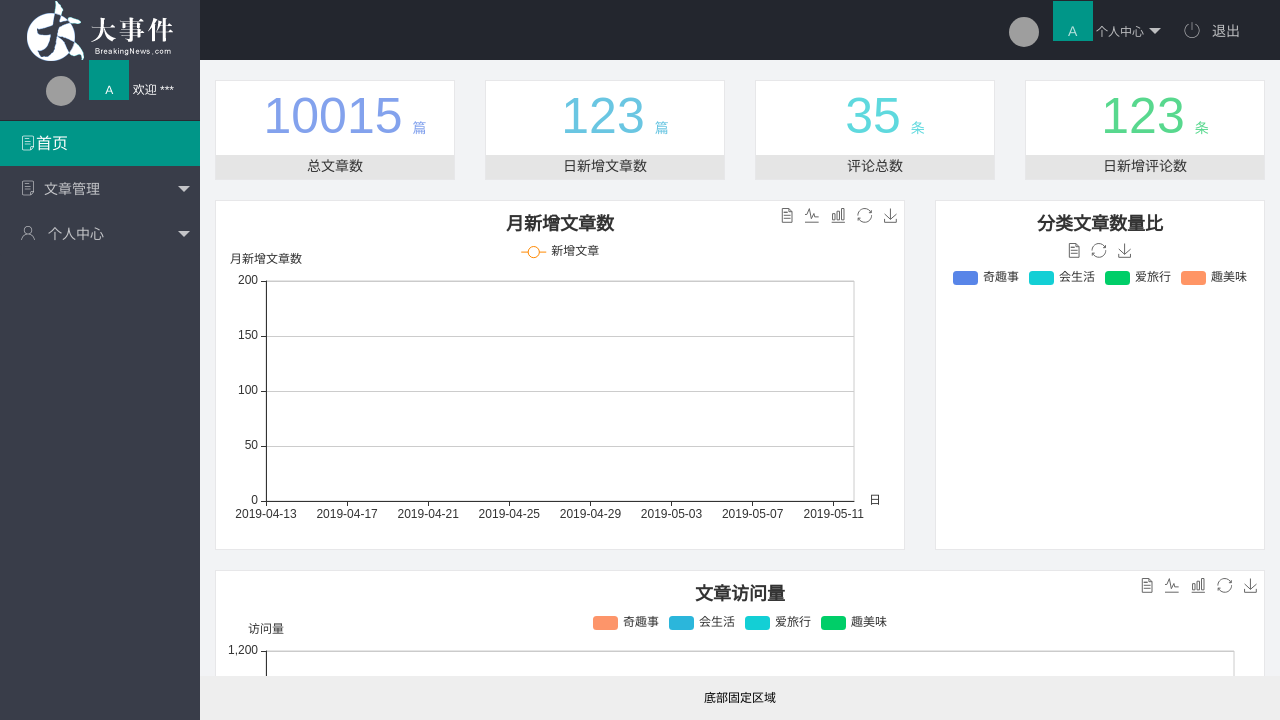
Repository: hjg520/web_bigevent
Page: index.html
These files come from the project's save history. The page is drawn as it stood at one moment and after the next save; the edit follows.
The browser window is 1280 px wide. The pictures show the whole page.
Pictures or frames that could not be fetched are drawn as grey boxes.

Above is the page before, as saved 2022-05-09 19:52:44.

### index.html
<!DOCTYPE html>
<html lang="en">
<head>
    <meta charset="UTF-8">
    <meta http-equiv="X-UA-Compatible" content="IE=edge">
    <meta name="viewport" content="width=device-width, initial-scale=1.0">
    <title>后台主页</title>
    <!-- 导入 layui的样式表 -->
    <link rel="stylesheet" href="/assets/lib/layui/css/layui.css">
    <!-- 导入自己的样式表 -->
    <link rel="stylesheet" href="/assets/css/index.css" />
    <!-- 导入第三方图标库 -->
    <link rel="stylesheet" href="/assets/fonts/iconfont.css">
  </head>
<body>
    <div class="layui-layout layui-layout-admin">
      <div class="layui-header">
        <div class="layui-logo layui-hide-xs layui-bg-black">
          <img src="/assets/images/logo.png" alt=" /">
        </div>
        <!-- 头部区域（可配合layui 已有的水平导航） -->
        <ul class="layui-nav layui-layout-left">
          <!-- 移动端显示 -->
          <li class="layui-nav-item layui-show-xs-inline-block layui-hide-sm" lay-header-event="menuLeft">
            <i class="layui-icon layui-icon-spread-left"></i>
          </li>

            <dl class="layui-nav-child">
              <dd><a href="">menu 11</a></dd>
              <dd><a href="">menu 22</a></dd>
              <dd><a href="">menu 33</a></dd>
            </dl>
          </li>
        </ul>
        <ul class="layui-nav layui-layout-right">
          <li class="layui-nav-item layui-hide layui-show-md-inline-block">
            <a href="javascript:;" class="userinfo">
              <img src="//tva1.sinaimg.cn/crop.0.0.118.118.180/5db11ff4gw1e77d3nqrv8j203b03cweg.jpg" class="layui-nav-img">
              <span class="text-avatar">A</span>
              个人中心
            </a>
            <dl class="layui-nav-child">
              <dd><a href="">基本资料</a></dd>
              <dd><a href="">更换头像</a></dd>
              <dd><a href="">重置密码</a></dd>
            </dl>
          </li>
          <li class="layui-nav-item" lay-header-event="menuRight" lay-unselect>
            <a href="javascript:;">
              <span class="iconfont icon-tuichu"></span>
              退出
            </a>
          </li>
        </ul>
      </div>

      <div class="layui-side layui-bg-black">
        <div class="layui-side-scroll">
          <div class="userinfo">
            <img src="//tva1.sinaimg.cn/crop.0.0.118.118.180/5db11ff4gw1e77d3nqrv8j203b03cweg.jpg" class="layui-nav-img">
            <span class="text-avatar">A</span>
            <span id="welcome">欢迎 ***</span>
          </div>
          <!-- 左侧导航区域（可配合layui已有的垂直导航） -->
          <ul class="layui-nav layui-nav-tree" lay-shrink="all">
            <li class="layui-nav-item layui-this"><a href="/home/dashboard.html"  target="fm"><span class="iconfont icon-16">首页</span></a></li>
            <li class="layui-nav-item">
              <a class="" href="javascript:;"><span class="iconfont icon-16"></span>文章管理</a>
              <dl class="layui-nav-child">
                <dd><a href="javascript:;"><i class="layui-icon layui-icon-app"></i> 文章类别</a></dd>
                <dd><a href="javascript:;"><i class="layui-icon layui-icon-app"></i> 文章列表</a></dd>
                <dd><a href="javascript:;"><i class="layui-icon layui-icon-app"></i> 发表文章</a></dd>
              </dl>
            </li>
            <li class="layui-nav-item">
              <a href="javascript:;">
                <span class="iconfont icon-user"></span>
                个人中心
              </a>
              <dl class="layui-nav-child">
                <dd><a href="javascript:;"><i class="layui-icon layui-icon-app"></i>基本资料</a></dd>
                <dd><a href="javascript:;"><i class="layui-icon layui-icon-app"></i>更换头像</a></dd>
                <dd><a href="javascript:;"><i class="layui-icon layui-icon-app"></i>重置密码</a></dd>
              </dl>
            </li>
        </div>
      </div>

      <div class="layui-body">
        <!-- 内容主体区域 -->
        <iframe src="/home/dashboard.html" name="fm" frameborder="0"></iframe>
      </div>

      <div class="layui-footer">
        <!-- 底部固定区域 -->
        底部固定区域
      </div>
    </div>
    <!-- 导入Layui 的JS文件 -->
    <script src="/assets/lib/layui/layui.all.js"></script>
    </body>
</html>

### assets/css/index.css
.layui-footer {

    text-align: center;

    font-size: 12px;

}

.iconfont {

    margin-right: 8px;

}

.layui-icon {

    margin-right: 8px;

    margin-left: 20px;

}

iframe {

    width: 100%;

    height: 100%;

}

.layui-body {

    overflow: hidden;

}

a {

    transition: none !important;

}

.userinfo {

    height: 60px;

    line-height: 60px;

    text-align: center;

    font-size: 12px;

    user-select: none;

}

.layui-side-scroll .userinfo {

    border-bottom: 1px solid #282b33;

}

.text-avatar {

    display: inline-block;

    width: 40px;

    height: 40px;

    background-color: #009688;

    border-radius: ;
}

### home/dashboard.html
<!DOCTYPE html>
<html lang="en">

<head>
  <meta charset="UTF-8">
  <meta name="viewport" content="width=device-width, initial-scale=1.0">
  <meta http-equiv="X-UA-Compatible" content="ie=edge">
  <title>图表统计</title>
  <link rel="stylesheet" href="../../assets/lib/bootstrap.css" />
  <link rel="stylesheet" href="../../assets/lib/main.css" />
  <script src="../../assets/lib/jquery.js"></script>
  <script type="text/javascript" src="../../assets/lib/echarts.min.js"></script>
</head>

<body>
  <div class="container-fluid">
    <div class="row spannel_list">
      <div class="col-sm-3 col-xs-6">
        <div class="spannel">
          <em>10015</em><span>篇</span>
          <b>总文章数</b>
        </div>
      </div>
      <div class="col-sm-3 col-xs-6">
        <div class="spannel scolor01">
          <em>123</em><span>篇</span>
          <b>日新增文章数</b>
        </div>
      </div>
      <div class="col-sm-3 col-xs-6">
        <div class="spannel scolor02">
          <em>35</em><span>条</span>
          <b>评论总数</b>
        </div>
      </div>
      <div class="col-sm-3 col-xs-6">
        <div class="spannel scolor03">
          <em>123</em><span>条</span>
          <b>日新增评论数</b>
        </div>
      </div>
    </div>
  </div>

  <div class="container-fluid">
    <div class="row curve-pie">
      <div class="col-lg-8 col-md-8">
        <div class="gragh_pannel" id="curve_show"></div>
      </div>
      <div class="col-lg-4 col-md-4">
        <div class="gragh_pannel" id="pie_show"></div>
      </div>
    </div>
  </div>

  <div class="container-fluid">
    <div class="column_pannel" id="column_show"></div>
  </div>

  <script>
    var oChart = echarts.init(document.getElementById('curve_show'));
    var aList_all = [
      { 'count': 36, 'date': '2019-04-13' },
      { 'count': 52, 'date': '2019-04-14' },
      { 'count': 78, 'date': '2019-04-15' },
      { 'count': 85, 'date': '2019-04-16' },
      { 'count': 65, 'date': '2019-04-17' },
      { 'count': 72, 'date': '2019-04-18' },
      { 'count': 88, 'date': '2019-04-19' },
      { 'count': 64, 'date': '2019-04-20' },
      { 'count': 72, 'date': '2019-04-21' },
      { 'count': 90, 'date': '2019-04-22' },
      { 'count': 96, 'date': '2019-04-23' },
      { 'count': 100, 'date': '2019-04-24' },
      { 'count': 102, 'date': '2019-04-25' },
      { 'count': 110, 'date': '2019-04-26' },
      { 'count': 123, 'date': '2019-04-27' },
      { 'count': 100, 'date': '2019-04-28' },
      { 'count': 132, 'date': '2019-04-29' },
      { 'count': 146, 'date': '2019-04-30' },
      { 'count': 200, 'date': '2019-05-01' },
      { 'count': 180, 'date': '2019-05-02' },
      { 'count': 163, 'date': '2019-05-03' },
      { 'count': 110, 'date': '2019-05-04' },
      { 'count': 80, 'date': '2019-05-05' },
      { 'count': 82, 'date': '2019-05-06' },
      { 'count': 70, 'date': '2019-05-07' },
      { 'count': 65, 'date': '2019-05-08' },
      { 'count': 54, 'date': '2019-05-09' },
      { 'count': 40, 'date': '2019-05-10' },
      { 'count': 45, 'date': '2019-05-11' },
      { 'count': 38, 'date': '2019-05-12' },
    ];

    let aCount = [];
    let aDate = [];

    for (var i = 0; i < aList_all.length; i++) {
      aCount.push(aList_all[i].count);
      aDate.push(aList_all[i].date);
    }

    var chartopt = {
      title: {
        text: '月新增文章数',
        left: 'center',
        top: '10'
      },
      tooltip: {
        trigger: 'axis'
      },
      legend: {
        data: ['新增文章'],
        top: '40'
      },
      toolbox: {
        show: true,
        feature: {
          mark: { show: true },
          dataView: { show: true, readOnly: false },
          magicType: { show: true, type: ['line', 'bar'] },
          restore: { show: true },
          saveAsImage: { show: true }
        }
      },
      calculable: true,
      xAxis: [
        {
          name: '日',
          type: 'category',
          boundaryGap: false,
          data: aDate
        }
      ],
      yAxis: [
        {
          name: '月新增文章数',
          type: 'value'
        }
      ],
      series: [
        {
          name: '新增文章',
          type: 'line',
          smooth: true,
          itemStyle: { normal: { areaStyle: { type: 'default' }, color: '#f80' }, lineStyle: { color: '#f80' } },
          data: aCount
        }],
      areaStyle: {
        normal: {
          color: new echarts.graphic.LinearGradient(0, 0, 0, 1, [{
            offset: 0,
            color: 'rgba(255,136,0,0.39)'
          }, {
            offset: .34,
            color: 'rgba(255,180,0,0.25)'
          }, {
            offset: 1,
            color: 'rgba(255,222,0,0.00)'
          }])

        }
      },
      grid: {
        show: true,
        x: 50,
        x2: 50,
        y: 80,
        height: 220
      }
    };

    oChart.setOption(chartopt);


    var oPie = echarts.init(document.getElementById('pie_show'));
    var oPieopt =
    {
      title: {
        top: 10,
        text: '分类文章数量比',
        x: 'center'
      },
      tooltip: {
        trigger: 'item',
        formatter: "{a} <br/>{b} : {c} ({d}%)"
      },
      color: ['#5885e8', '#13cfd5', '#00ce68', '#ff9565'],
      legend: {
        x: 'center',
        top: 65,
        data: ['奇趣事', '会生活', '爱旅行', '趣美味']
      },
      toolbox: {
        show: true,
        x: 'center',
        top: 35,
        feature: {
          mark: { show: true },
          dataView: { show: true, readOnly: false },
          magicType: {
            show: true,
            type: ['pie', 'funnel'],
            option: {
              funnel: {
                x: '25%',
                width: '50%',
                funnelAlign: 'left',
                max: 1548
              }
            }
          },
          restore: { show: true },
          saveAsImage: { show: true }
        }
      },
      calculable: true,
      series: [
        {
          name: '访问来源',
          type: 'pie',
          radius: ['45%', '60%'],
          center: ['50%', '65%'],
          data: [
            { value: 300, name: '奇趣事' },
            { value: 100, name: '会生活' },
            { value: 260, name: '爱旅行' },
            { value: 180, name: '趣美味' }
          ]
        }
      ]
    };
    oPie.setOption(oPieopt);



    var oColumn = this.echarts.init(document.getElementById('column_show'));
    var oColumnopt =
    {
      title: {
        text: '文章访问量',
        left: 'center',
        top: '10'
      },
      tooltip: {
        trigger: 'axis'
      },
      legend: {
        data: ['奇趣事', '会生活', '爱旅行', '趣美味'],
        top: '40'
      },
      toolbox: {
        show: true,
        feature: {
          mark: { show: true },
          dataView: { show: true, readOnly: false },
          magicType: { show: true, type: ['line', 'bar'] },
          restore: { show: true },
          saveAsImage: { show: true }
        }
      },
      calculable: true,
      xAxis: [
        {
          type: 'category',
          data: ['1月', '2月', '3月', '4月', '5月']
        }
      ],
      yAxis: [
        {
          name: '访问量',
          type: 'value'
        }
      ],
      series: [
        {
          name: '奇趣事',
          type: 'bar',
          barWidth: 20,
          itemStyle: {
            normal: { areaStyle: { type: 'default' }, color: '#fd956a' }
          },
          data: [800, 708, 920, 1090, 1200]
        },
        {
          name: '会生活',
          type: 'bar',
          barWidth: 20,
          itemStyle: {
            normal: { areaStyle: { type: 'default' }, color: '#2bb6db' }
          },
          data: [400, 468, 520, 690, 800]
        },
        {
          name: '爱旅行',
          type: 'bar',
          barWidth: 20,
          itemStyle: {
            normal: { areaStyle: { type: 'default' }, color: '#13cfd5' }
          },
          data: [500, 668, 520, 790, 900]
        },
        {
          name: '趣美味',
          type: 'bar',
          barWidth: 20,
          itemStyle: {
            normal: { areaStyle: { type: 'default' }, color: '#00ce68' }
          },
          data: [600, 508, 720, 890, 1000]
        }
      ],
      grid: {
        show: true,
        x: 50,
        x2: 30,
        y: 80,
        height: 260
      },
      dataZoom: [//给x轴设置滚动条
        {
          start: 0,//默认为0
          end: 100 - 1000 / 31,//默认为100
          type: 'slider',
          show: true,
          xAxisIndex: [0],
          handleSize: 0,//滑动条的 左右2个滑动条的大小
          height: 8,//组件高度
          left: 45, //左边的距离
          right: 50,//右边的距离
          bottom: 26,//右边的距离
          handleColor: '#ddd',//h滑动图标的颜色
          handleStyle: {
            borderColor: "#cacaca",
            borderWidth: "1",
            shadowBlur: 2,
            background: "#ddd",
            shadowColor: "#ddd",
          }
        }]
    };
    oColumn.setOption(oColumnopt);
  </script>
</body>

</html>

Loaded but not shown: assets/lib/layui/css/layui.css (library); assets/fonts/iconfont.css (common file); assets/lib/layui/layui.all.js (library); assets/lib/bootstrap.css (library); assets/lib/main.css (library); assets/lib/jquery.js (library); assets/lib/echarts.min.js (library); assets/lib/layui/css/modules/laydate/default/laydate.css (library); assets/lib/layui/css/modules/layer/default/layer.css (library); assets/lib/layui/css/modules/code.css (common file)

After the next save:
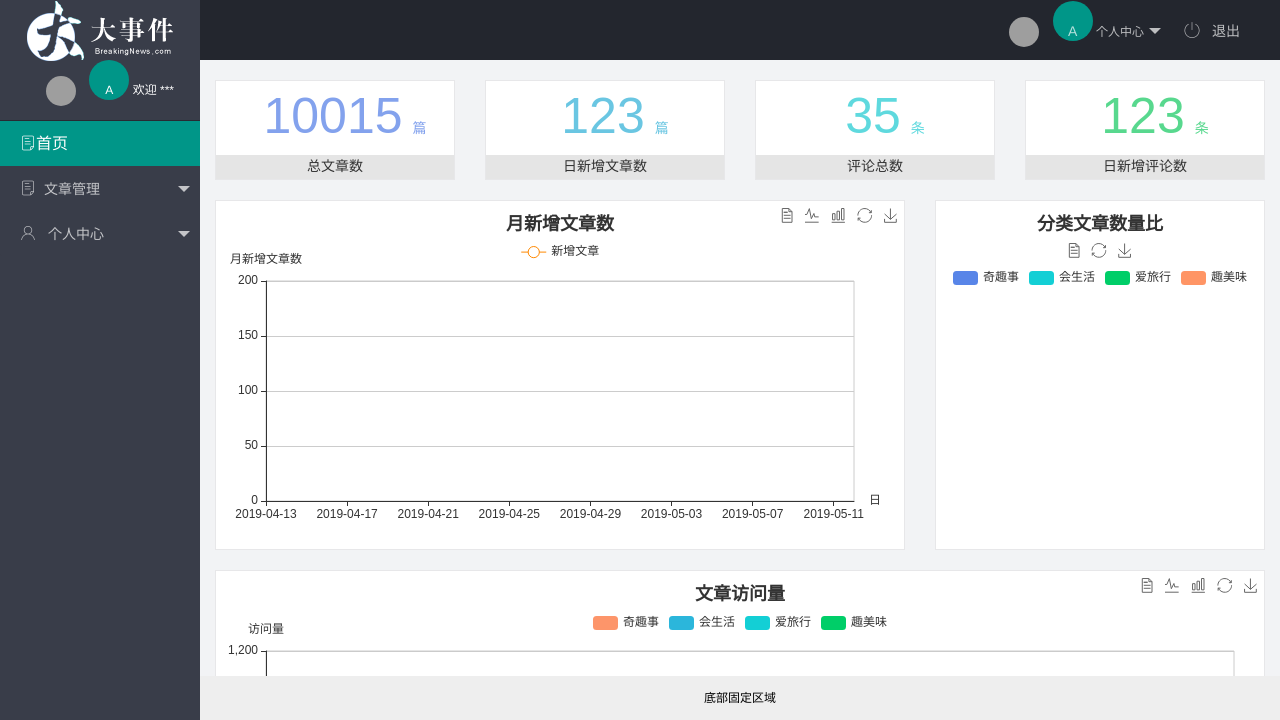
Saved 4 s later.
--- a/assets/css/index.css
+++ b/assets/css/index.css
@@ -70,5 +70,5 @@ a {
 
     background-color: #009688;
 
-    border-radius: ;
+    border-radius: 50%;
 }
